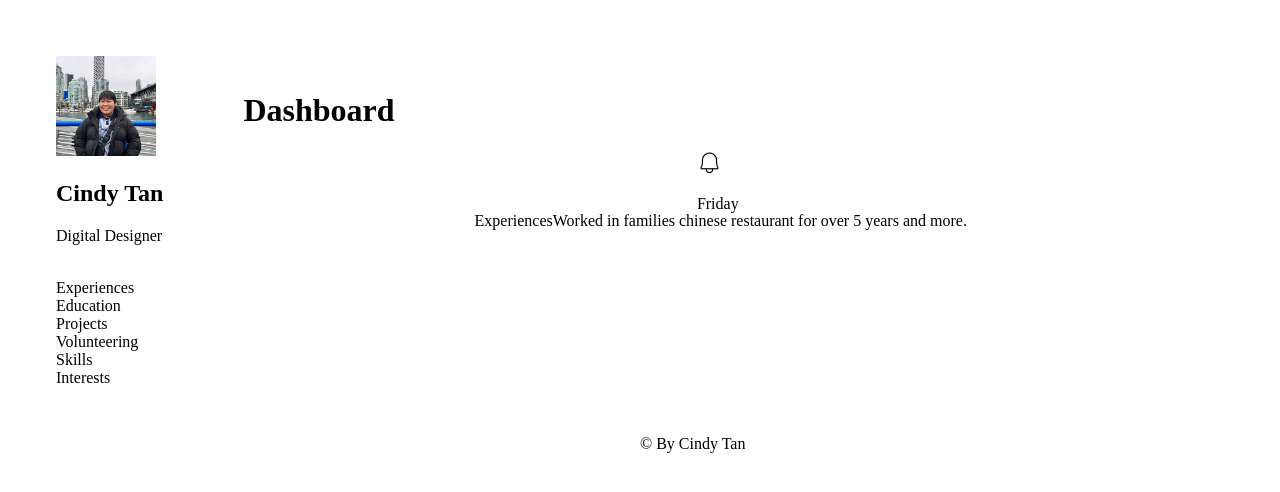
Repository: Cindy-tan/Assessment-_1
Page: /
These files come from the project's save history. The page is drawn as it stood at one moment and after a run of saves; the edit follows.
The browser window is 1280 px wide. The pictures show the whole page.
The project was rebuilt for these pictures with package versions that can differ from the ones it lists, and the page was loaded fresh each time. The framework's server and built-in components were replaced by stand-ins that run in the browser. Also part of the build but not shown: next.config.js, components/Card/Card.module.css, components/SideNavigation/SideNavigation.module.css.

Above is the page before, as saved 2024-01-18 23:57:10.

After the next 3 saves:
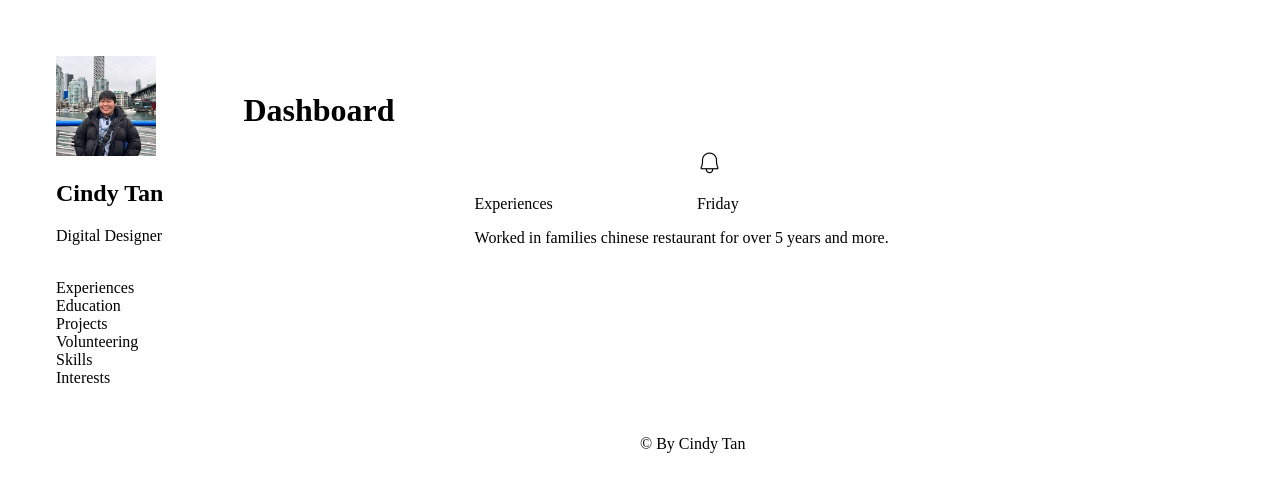
The 3 saves are shown as one change because they came seconds apart.
The last was saved 27 s later.
--- a/components/Card/index.js
+++ b/components/Card/index.js
@@ -10,7 +10,8 @@ export default function Card({
     return (
         <>
             <div className={styles.card} style={{backgroundColor: bgColor, border:borderColor}}>
-                {title}{description}
+                {title}
+                <p></p>{description}
             </div>
         </>
     )
